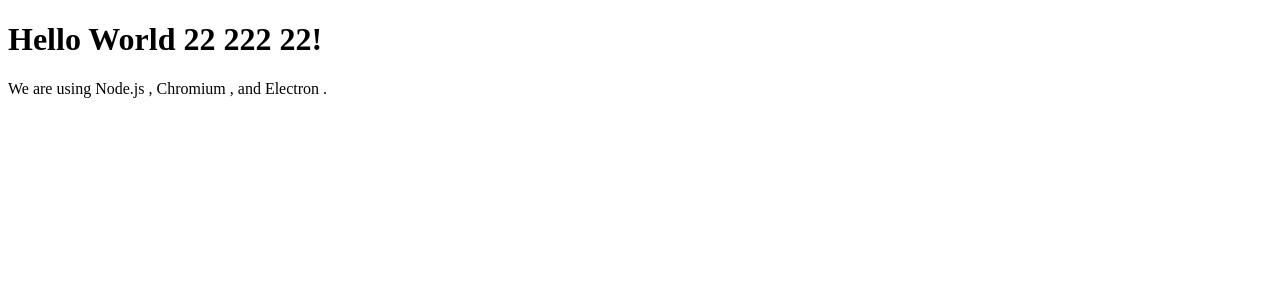
Repository: jaydeeppedhadiya/wot_demo
Page: index.html
These files come from the project's save history. The page is drawn as it stood at one moment and after the next save; the edit follows.
The browser window is 1280 px wide. The pictures show the whole page.

Above is the page before, as saved 2020-09-15 15:27:01.
Not found: renderer.js

### index.html
<!DOCTYPE html>
<html>
  <head>
    <meta charset="UTF-8">
    <!-- https://developer.mozilla.org/en-US/docs/Web/HTTP/CSP -->
    <meta http-equiv="Content-Security-Policy" content="default-src 'self'; script-src 'self'">
    <meta http-equiv="X-Content-Security-Policy" content="default-src 'self'; script-src 'self'">
    <title>Hello World 12!</title>
  </head>
  <body>
    <h1>Hello World 22 222 22!</h1>
    We are using Node.js <span id="node-version"></span>,
    Chromium <span id="chrome-version"></span>,
    and Electron <span id="electron-version"></span>.

    <!-- You can also require other files to run in this process -->
    <script src="./renderer.js"></script>
  </body>
</html>

After the next save:
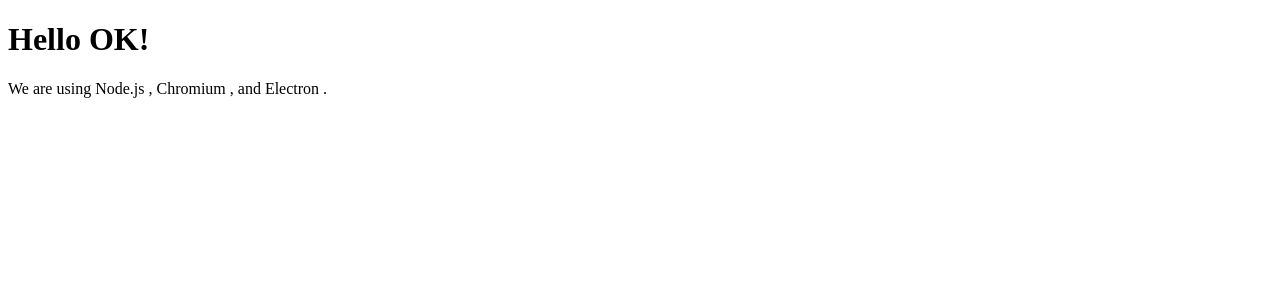
Saved 78 s later.
--- a/index.html
+++ b/index.html
@@ -8,7 +8,7 @@
     <title>Hello World 12!</title>
   </head>
   <body>
-    <h1>Hello World 22 222 22!</h1>
+    <h1>Hello OK!</h1>
     We are using Node.js <span id="node-version"></span>,
     Chromium <span id="chrome-version"></span>,
     and Electron <span id="electron-version"></span>.
